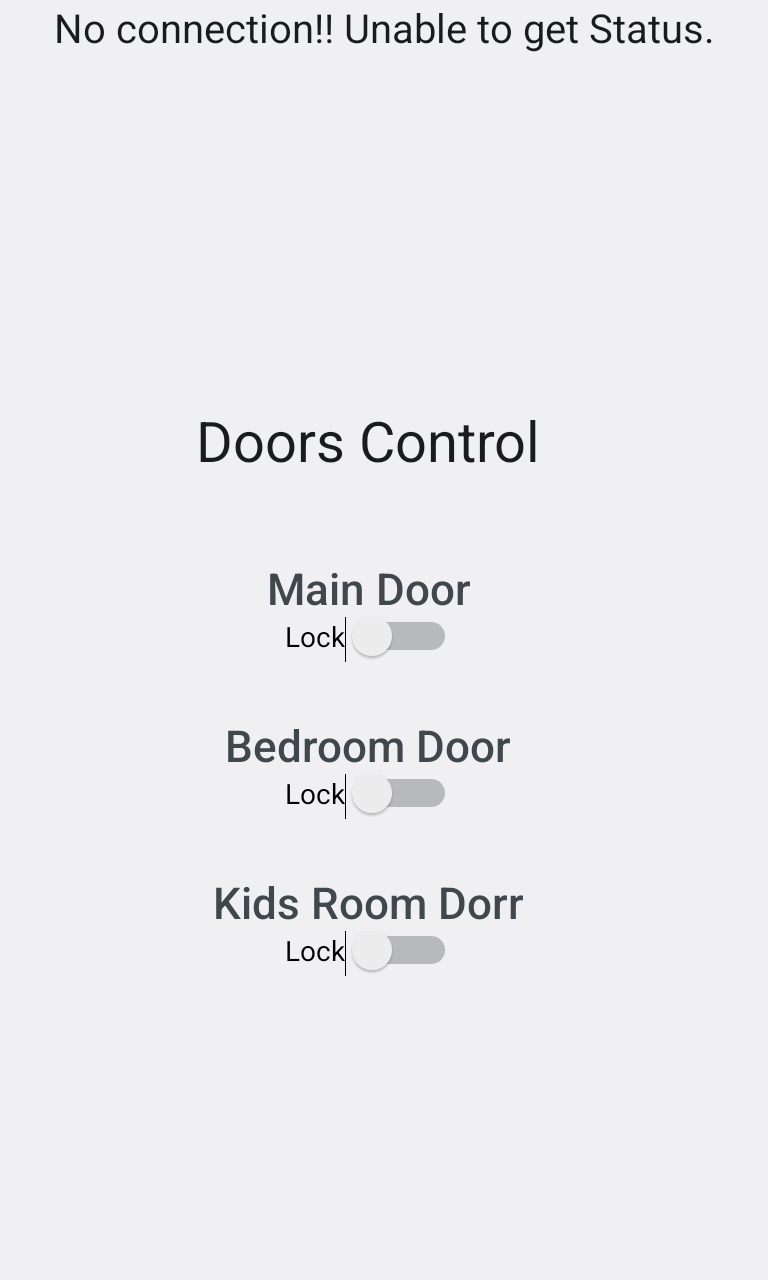
Repository: Teketel/hujeManiita
Layout: workspace/android/Besso/res/layout/door_control.xml
These files come from the project's save history. The layout is drawn as it stood at one moment and after the next save; the edit follows.
It is drawn on a 768 x 1280 px phone screen (xhdpi) without system bars, with theme AppTheme; the app's code is not run.

Above is the layout before, as saved 2013-05-19 22:45:06.

### workspace/android/Besso/res/layout/door_control.xml
<?xml version="1.0" encoding="utf-8"?>
<LinearLayout xmlns:android="http://schemas.android.com/apk/res/android"
    android:layout_width="fill_parent"
    android:layout_height="wrap_content"
    android:orientation="vertical" >

    <TextView
        android:id="@+id/noConntextView"
        android:layout_width="fill_parent"
        android:layout_height="wrap_content"
        android:gravity="center"
        android:paddingBottom="49dp"
        android:text="No connection!! Unable to get Status."
        android:textAppearance="?android:attr/textAppearanceLarge"
        android:textSize="20dp" />

    <LinearLayout
        android:layout_width="fill_parent"
        android:layout_height="fill_parent"
        android:gravity="center"
        android:orientation="vertical"
        android:paddingLeft="5dp"
        android:paddingRight="20dp" >

        <TextView
            android:id="@+id/textView1"
            android:layout_width="wrap_content"
            android:layout_height="wrap_content"
            android:gravity="center"
            android:paddingBottom="40dp"
            android:text="Doors Control"
            android:textAppearance="?android:attr/textAppearanceLarge"
            android:textSize="28dp" />

        <TextView
            android:id="@+id/userTextView"
            android:layout_width="wrap_content"
            android:layout_height="wrap_content"
            android:text="Main Door"
            android:textAppearance="?android:attr/textAppearanceMedium"
            android:textSize="22dp" />

        <Switch
            android:id="@+id/main_door"
            android:layout_width="wrap_content"
            android:layout_height="wrap_content"
            android:paddingBottom="30dp"
            android:text="Lock" />

        <TextView
            android:id="@+id/emailTextView"
            android:layout_width="wrap_content"
            android:layout_height="wrap_content"
            android:text="Bedroom Door"
            android:textAppearance="?android:attr/textAppearanceMedium"
            android:textSize="22dp" />

        <Switch
            android:id="@+id/bedroom_door"
            android:layout_width="wrap_content"
            android:layout_height="wrap_content"
            android:paddingBottom="30dp"
            android:text="Lock" />

        <TextView
            android:id="@+id/ipTextView"
            android:layout_width="wrap_content"
            android:layout_height="wrap_content"
            android:text="Kids Room Dorr"
            android:textAppearance="?android:attr/textAppearanceMedium"
            android:textSize="22dp" />

        <Switch
            android:id="@+id/kids_room_door"
            android:layout_width="wrap_content"
            android:layout_height="wrap_content"
            android:paddingBottom="30dp"
            android:text="Lock" />
    </LinearLayout>

</LinearLayout>

Loaded but not shown: workspace/android/Besso/res/values/styles.xml (common file); workspace/android/Besso/res/values-v11/styles.xml (common file)

After the next save:
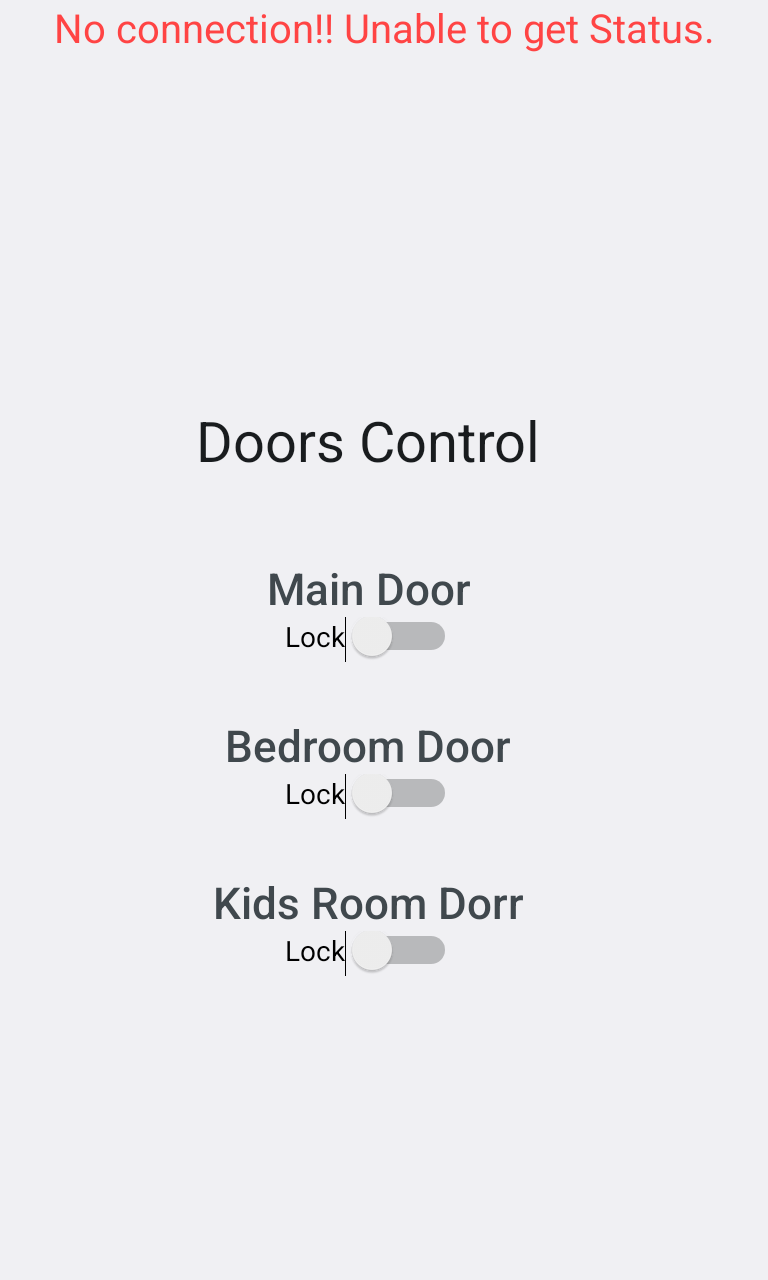
Saved 71 s later.
--- a/workspace/android/Besso/res/layout/door_control.xml
+++ b/workspace/android/Besso/res/layout/door_control.xml
@@ -10,6 +10,7 @@
         android:layout_height="wrap_content"
         android:gravity="center"
         android:paddingBottom="49dp"
+        android:textColor="@android:color/holo_red_light"
         android:text="No connection!! Unable to get Status."
         android:textAppearance="?android:attr/textAppearanceLarge"
         android:textSize="20dp" />
